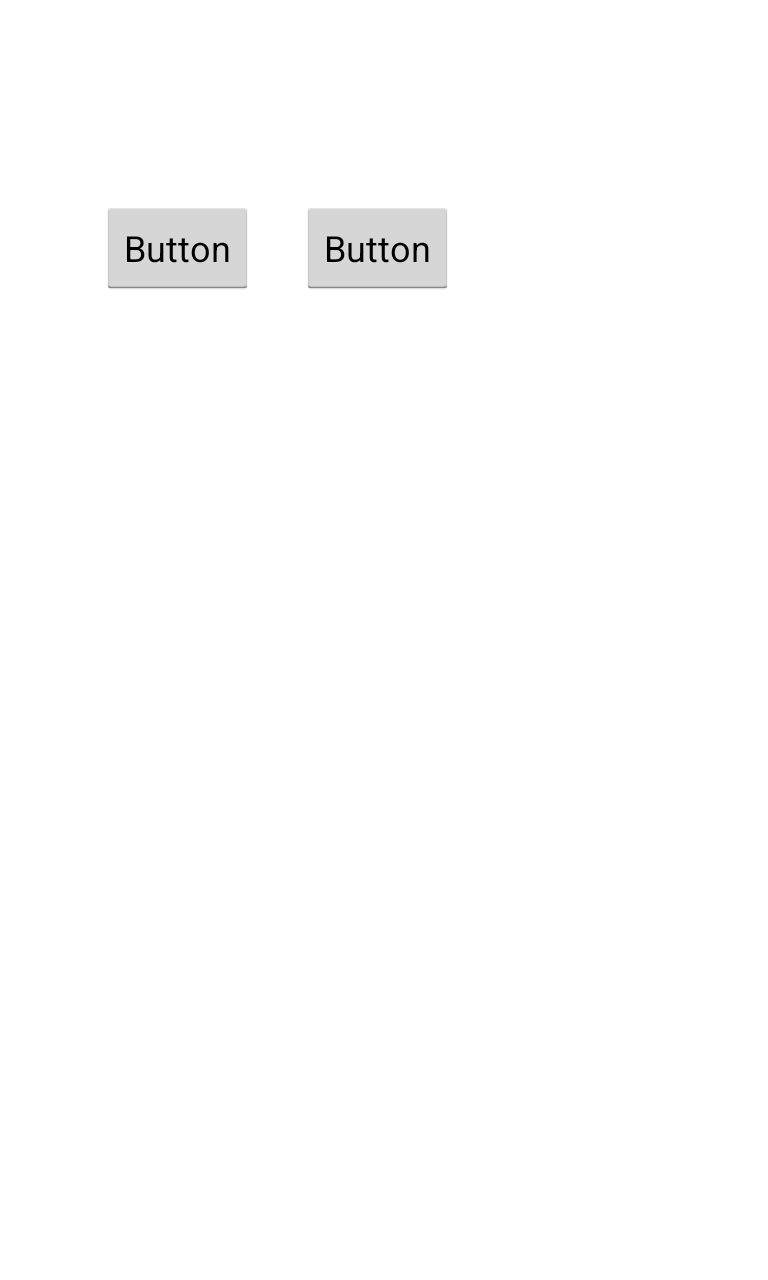
Repository: qq839924354/day01
Layout: code/Layout/res/layout/size.xml
An editor plug-in stored every save of this project. The layout is shown before and after the next save, followed by the edit.
It is drawn on a 768 x 1280 px phone screen (xhdpi) without system bars, with theme AppTheme; the app's code is not run.

Above is the layout before, as saved 2013-02-28 08:59:40.

After the next save:
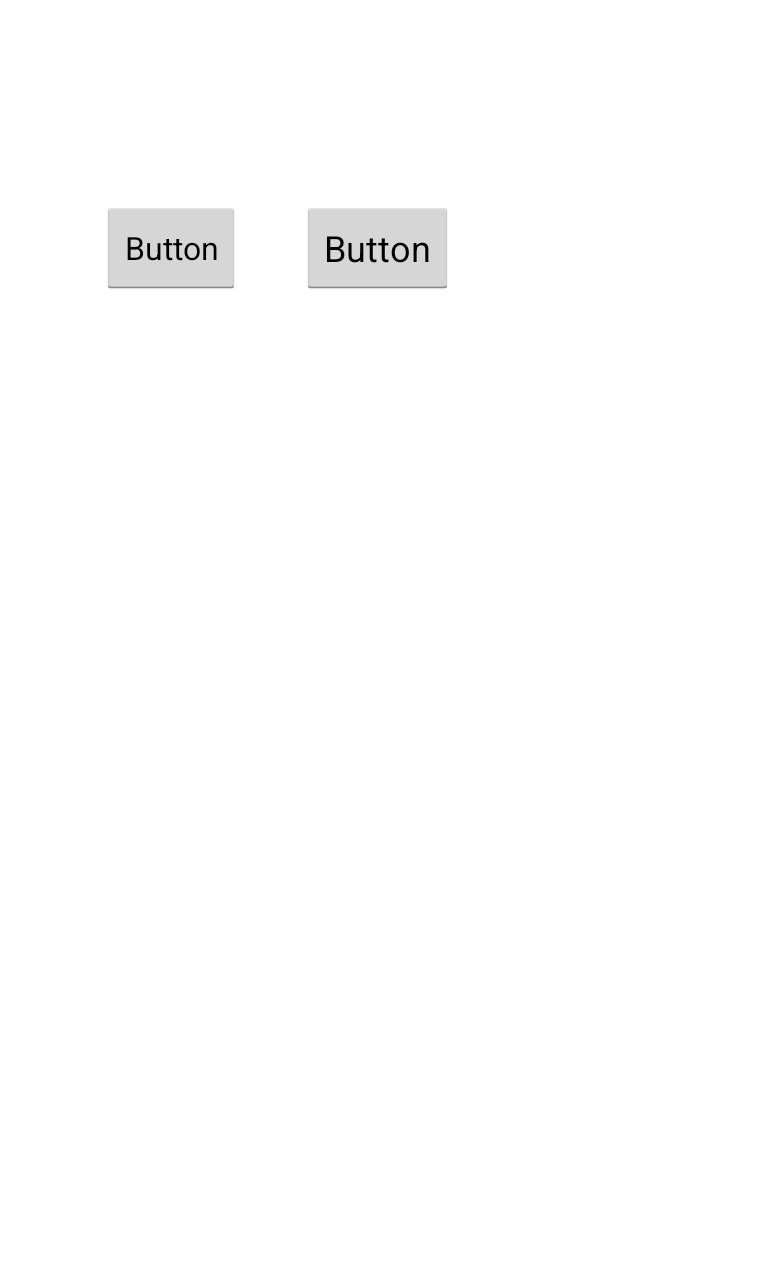
Saved 77 s later.
--- a/code/Layout/res/layout/size.xml
+++ b/code/Layout/res/layout/size.xml
@@ -4,6 +4,7 @@
     android:layout_height="match_parent" >
 
     <Button
+        android:textSize="16sp"
         android:id="@+id/button1"
         android:layout_width="wrap_content"
         android:layout_height="wrap_content"
